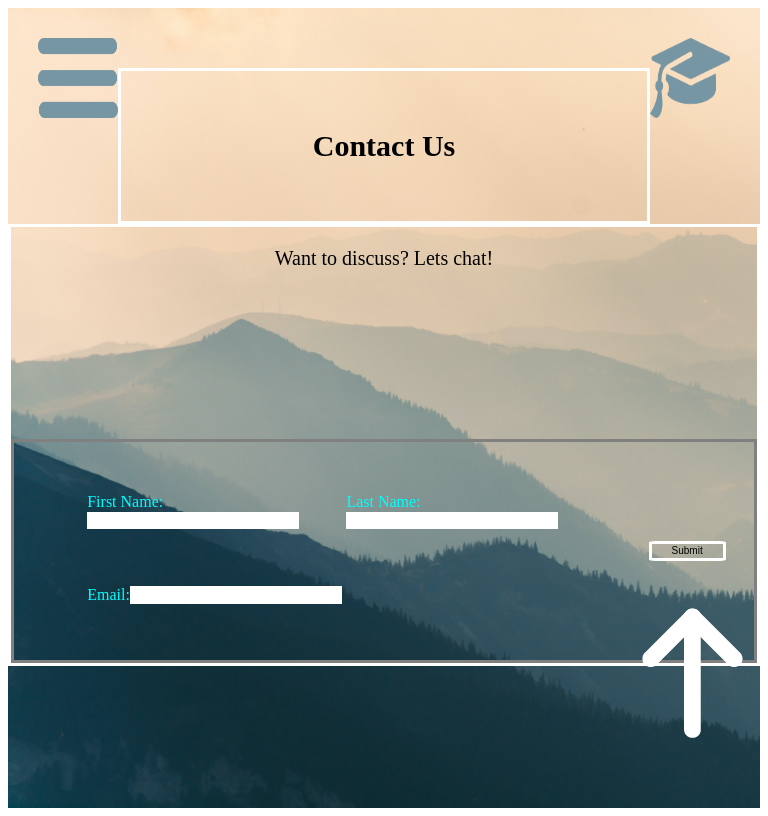
Repository: sierralaurent/MDIA2109-Assignment01
Page: /contact
An editor plug-in stored every save of this project. The page is shown before and after a run of saves, followed by the edit.
The browser window is 768 px wide. The pictures show the whole page.
The project was rebuilt for these pictures with package versions that can differ from the ones it lists, and the page was loaded fresh each time. The framework's server and built-in components were replaced by stand-ins that run in the browser. Also part of the build but not shown: next.config.js.

Above is the page before, as saved 2023-02-05 13:24:59.

### pages/contact.js
import Head from 'next/head'
import Image from 'next/image'
import { Inter } from '@next/font/google'
import styles from '@/styles/Contact.module.css'
import Link from 'next/link'

export default function Contact() {
    return (
        <>
        <Head>
        <title>Contact Us</title>
        <meta name="author" content="MDIA 2109" />
        <meta property="og:title" content="Assignment #1 - Contact Us Page" />
        <meta property="og:description" content="BCIT Digital Design and Development Diploma" />
        <link rel="icon" href="/favicon.png" />
      </Head>
      <main className={styles.main}>
        <div className={styles.nav}>
            <img src="icons/menu-icon.png" className={styles.icon1}/>
            <img src="icons/graduation-hat.png" className={styles.icon2}/>
          </div>
          <div className={styles.header}>
            <h1>Contact Us</h1>
          </div>
            <div className={styles.middle2}>
            <p>Want to discuss? Lets chat!</p>
              <div className={styles.inputs}>
              <form>
                <fieldset>
                <table>
                    <thead>
                        <tr>
                          <label for="fname">First Name:</label>
                          <input type="text" id="fname" name="fname"></input>
                        </tr>
                        <tr>
                          <label for="lname">Last Name:</label>
                          <input type="text" id="name" name="lname"></input>
                        </tr>
                    </thead>
                    <thead>
                    <label for="email">Email:</label>
                    <input type="email" id="email" name="email"></input>
                    </thead>
                </table>
                </fieldset>
            </form>
            <button type="submit" className={styles.butt}>Submit</button>
              </div>
            </div>
        <div className={styles.bottom}>
            <a href="/about">
              <span className={styles.icon3}>
                <img src="icons/upwardArrow.png"/>
              </span>
            </a>
          </div>
      </main>
        </>
    )
  }

### styles/Contact.module.css
.main {
    background-image: url('../public/background-images/backgroundMountain.jpg');
    background-size: cover;
    height: 100vh;
    position: relative;
  }

  .nav {
    padding: 4%;
  }

  .icon1 {
    width: 5vw;
    height: 5vh;
    float: left;
  }

  .icon2 {
    width: 5vw;
    height: 5vh;
    float: right;
  }

  .header {
    display: flex;
    flex-direction: column;
    justify-content: center;
    align-items: center;
    border: 3px solid white;
    padding: 5%;
  }

  .header h1 {
    font-size: 50px;
  }

  .middle2 {
    justify-content: center;
    align-items: center;
    border: 3px solid white;
  }

  .middle2 p {
    display: flex;
    justify-content: center;
    padding-bottom: 20%;
    font-size: 20px;
  }

  .inputs {
    display: flex;
    justify-content: center;
    align-items: center;
    border: 3px solid gray;
  }

  .inputs thead {
    color: aqua;
    display: flex;
    flex-direction: row;
    padding: 5%;
    border: none;
  }

  .inputs fieldset {
    border: none;
  }

  .inputs input {
    width: 13rem;
    background-color: white;
    border: none;
  }

  .butt {
    border: 3px solid white;
    border-radius: 8%;
    background-color: transparent;
    width: 10vw;
    height: 2.5vh;
    max-width: 15vw;
    max-height: 5vh;
    font-size: 1.25vh;
  }

  .butt:hover {
    background-color: white;
    color: black;
  }

  .icon3 {
    width: 5vw;
    height: 5vh;
    float: right;
  }

  .bottom {
    position: absolute;
    bottom: 10rem;
    right: 5rem;
  }

/* Desktop */
@media only screen and (min-width: 1000px) {

}


/* Tablet or iPad Air */
@media only screen and (min-width: 600px) and (max-width: 999px ) {
    .inputs {
      padding: 2%;
    }
    .icon1 {
      width: 80px;
      height: 80px;
    }
    .icon2 {
      width: 80px;
      height: 80px;
    }
    .header h1 {
      font-size: 30px;
    }
}

/* Mobile or iPhone XR */
@media only screen and (max-width: 599px ) {

}

Loaded but not shown: pages/_document.js (common file); pages/api/hello.js (common file)

After the next 2 saves:
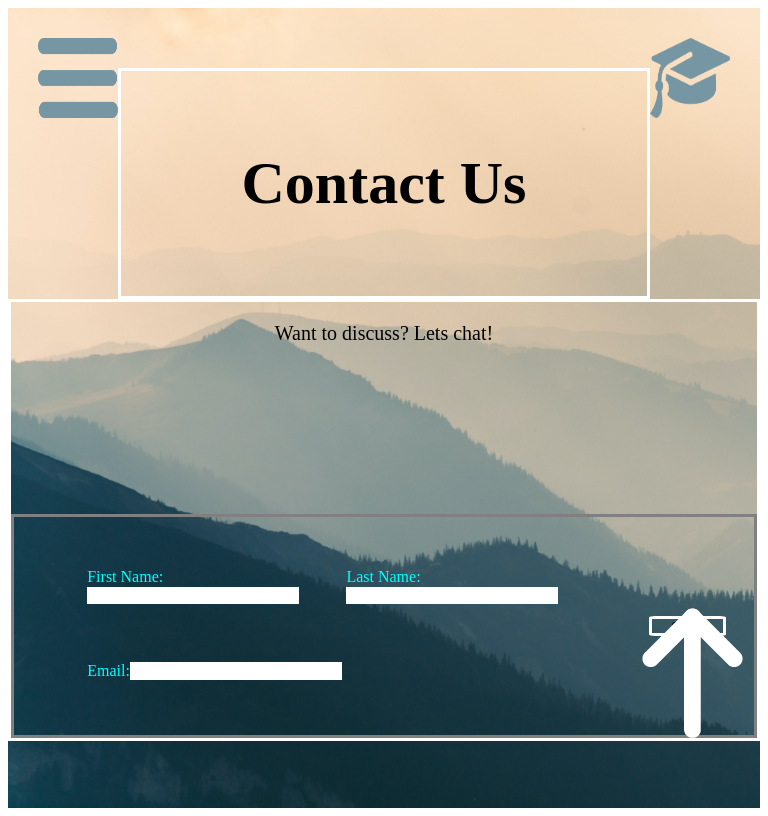
The 2 saves are shown as one change because they came seconds apart.
The last was saved 8 s later.
--- a/styles/Contact.module.css
+++ b/styles/Contact.module.css
@@ -120,7 +120,7 @@
       height: 80px;
     }
     .header h1 {
-      font-size: 30px;
+      font-size: 60px;
     }
 }
 
